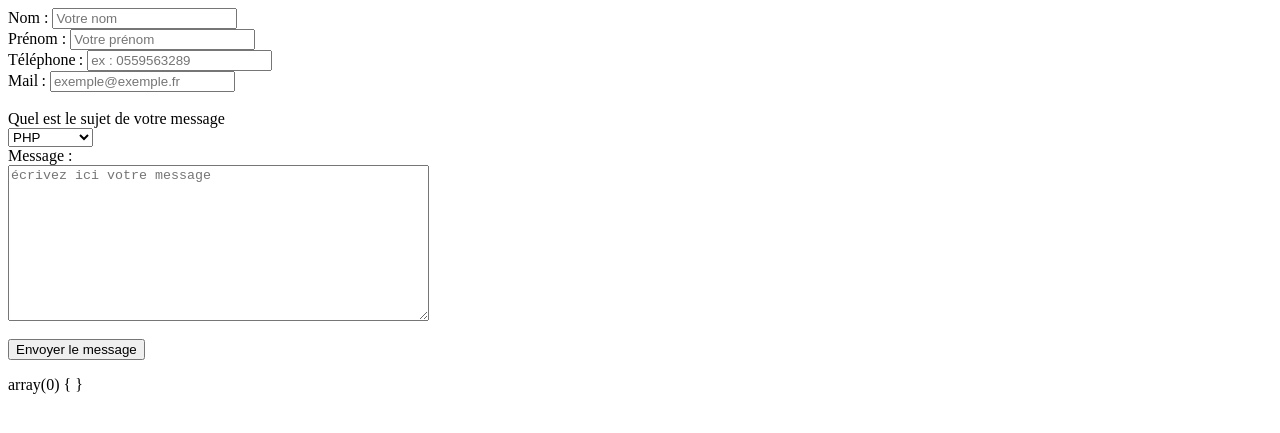
Repository: Val712/quete-Formulaires
Page: http://localhost/form.php
An editor plug-in stored every save of this project. The page is shown before and after the next save, followed by the edit.
The browser window is 1280 px wide. The pictures show the whole page.
The page is run by PHP 8.4 with error messages shown; the project is at /var/www/html/.

Above is the page before, as saved 2019-08-25 11:25:21.

After the next save:
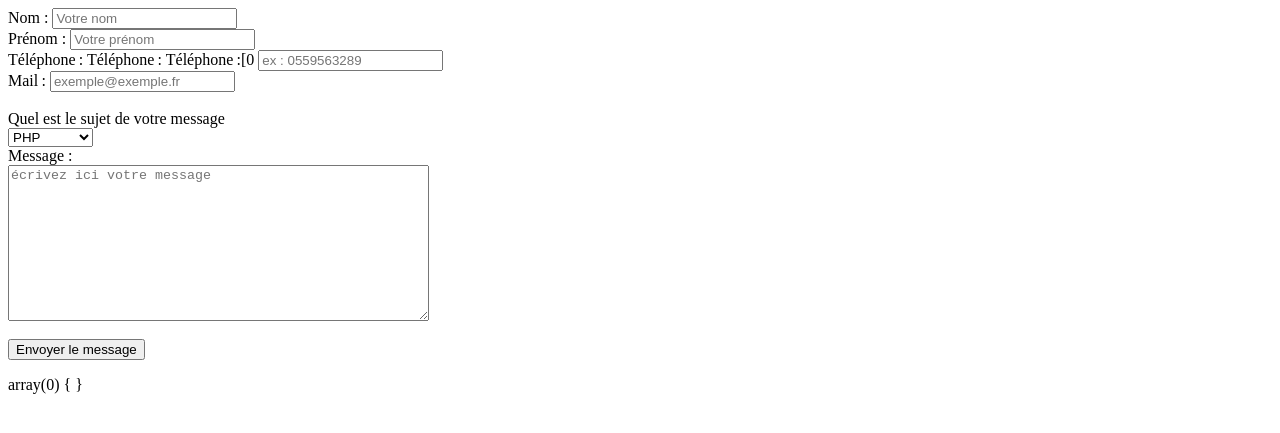
Saved 8 min 1 s later.
--- a/form.php
+++ b/form.php
@@ -8,7 +8,9 @@
     </div>
     <div>
         <label for="tel">Téléphone :</label>
-        <input type="tel" id="tel" name="user_tel" required placeholder="ex : 0559563289">
+        <label for="tel">Téléphone :</label>
+        <label for="tel">Téléphone :</label>[0
+        <input type="tel" id="tel" name="user_tel" required placeholder="ex : 0559563289"pattern="[0-9]{2}-[0-9]{2}-[0-9]{2}-[0-9]{2}-[0-9]{2}-[0-9]{2}-[0-9]{2}-[0-9]{2}-[0-9]{2}-[0-9]{2}-[0-9]{2}" >
     </div>
     <div>
         <label for="mail">Mail :</label>
